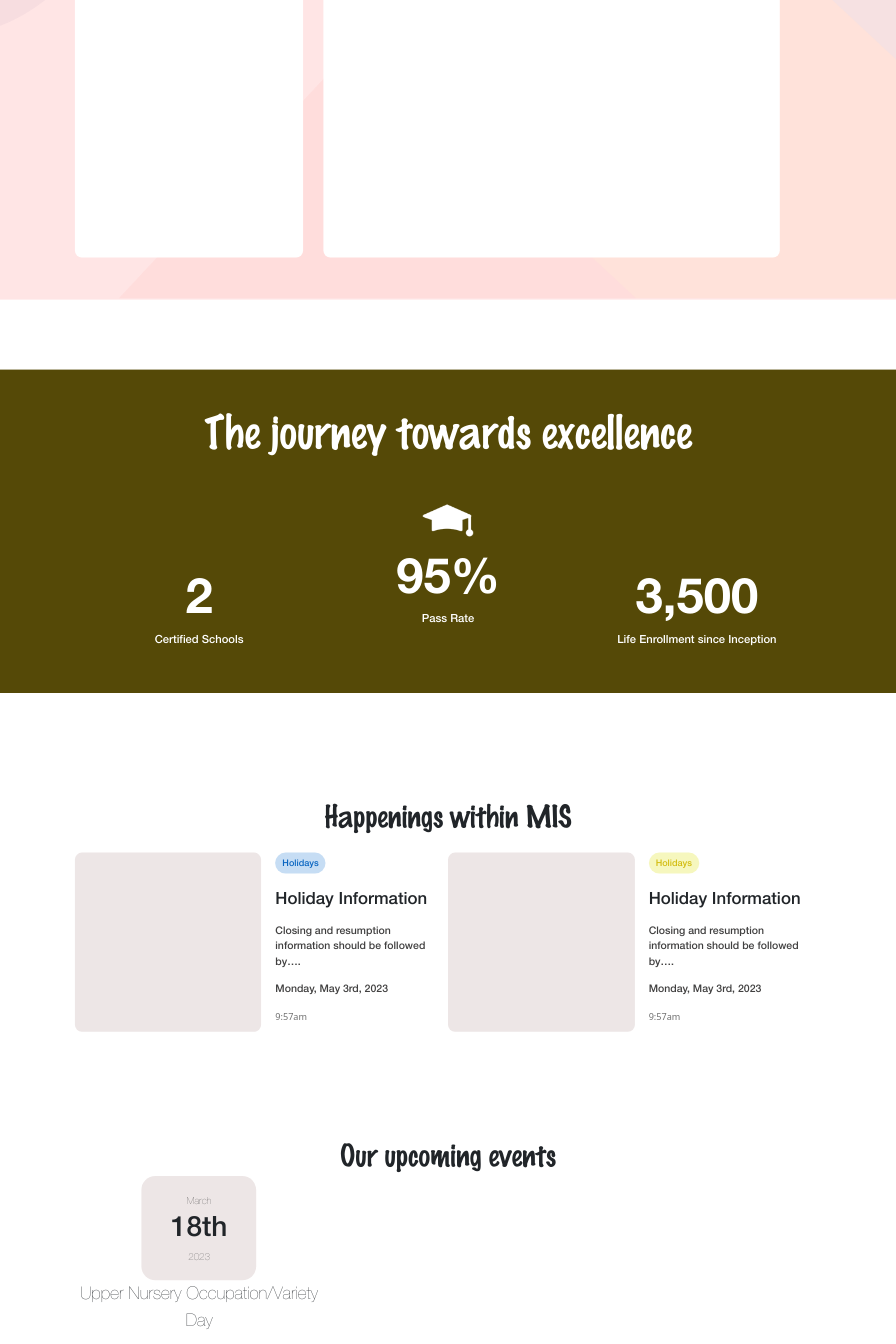
Repository: sarahnnanyelugo/MIGS
Page: /
These files come from the project's save history. The page is drawn as it stood at one moment and after the next save; the edit follows.
The browser window is 1280 px wide. The pictures show the part of the page from y = 3530 to 5450 px (the page is 5450 px tall), at 70% of full size.
The project was rebuilt for these pictures with package versions that can differ from the ones it lists, and the page was loaded fresh each time.

Above is the page before, as saved 2023-05-30 14:08:57.

### src/index.js
import React from "react";
import ReactDOM from "react-dom/client";
import "./index.css";
import App from "./App";
import reportWebVitals from "./reportWebVitals";
import "bootstrap/dist/css/bootstrap.min.css";
import { BrowserRouter, Routes, Route, Link, Outlet } from "react-router-dom";
const root = ReactDOM.createRoot(document.getElementById("root"));
root.render(
  <BrowserRouter>
    <App />
  </BrowserRouter>
);

// If you want to start measuring performance in your app, pass a function
// to log results (for example: reportWebVitals(console.log))
// or send to an analytics endpoint. Learn more: https://bit.ly/CRA-vitals
reportWebVitals();

### src/App.js
import logo from "./logo.svg";
import "./App.scss";
import "bootstrap/dist/css/bootstrap.min.css";
import { BrowserRouter, Routes, Route, Link, Outlet } from "react-router-dom";
import Home from "./pages/Home/Home";
import ScrollToTop from "./components/scrollToTop";
import NavBar from "./components/NavBar/NavBar";
function App() {
  return (
    <>
      <ScrollToTop />
      <NavBar />
      <Routes>
        {" "}
        <Route path="/" element={<Home />} />
        {/* <Route path="tech-hub-page" element={<TechHub />} />
        <Route path="team-hire" element={<TeamHire />} />
        <Route path="hire-page" element={<HiringPage />} /> */}
      </Routes>
    </>
  );
}

export default App;

### src/App.scss
@font-face {
  font-family: maker;
  src: url(./assets/fonts/marker-felt/Marker-Felt.ttf);
}
@font-face {
  font-family: helveticaB;
  src: url(./assets/fonts/helvetica/HelveticaNeueBold.ttf);
}
@font-face {
  font-family: helveticaM;
  src: url(./assets/fonts/helvetica/HelveticaNeueMedium.ttf);
}
@font-face {
  font-family: helveticaR;
  src: url(./assets/fonts/helvetica/HelveticaNeueRegular.ttf);
}

h1,
h2,
h3,
h4,
h5,
h6 {
  font-family: maker;
}

### src/components/NavBar/NavBar.jsx
import React, { useEffect, useState, useRef } from "react";
import { Link, NavLink } from "react-router-dom";
import "./_navbar.scss";
import { useLocation } from "react-router-dom";
// import Icofont from "react-icofont";
import Logo from "../../assets/images/logo2.png";

function NavBar() {
  return (
    <>
      <div className="nav-container col-md-10 offset-md-1">
        {" "}
        <div className=" col-md-1 tech-logo-div">
          {" "}
          <img className="tech-logo" src={Logo} alt="Scholar" width="60%" />
        </div>
        <ul className="list-inline list-unstyled ">
          <li className="list-inline-item">
            <NavLink className="tech-links cool-link" to={"/"}>
              About
            </NavLink>
          </li>
          <li className="list-inline-item">
            <NavLink className="tech-links cool-link">Admission</NavLink>
          </li>
          <li className="list-inline-item">
            <NavLink className="tech-links cool-link">Academics</NavLink>
          </li>
          <li className="list-inline-item">
            <NavLink className="tech-links cool-link">IEC</NavLink>
          </li>{" "}
          <li className="list-inline-item">
            <NavLink className="tech-links cool-link">E-shop</NavLink>
          </li>
          <li className="list-inline-item">
            <NavLink className="tech-links cool-link">Gallery</NavLink>
          </li>
          <li className="list-inline-item">
            <button className="nav-btn">e-portal</button>
          </li>
        </ul>
      </div>
    </>
  );
}

export default NavBar;

### src/components/AppModal/AppModal.js
import "./_app-modal.scss";

// import ModalImg from "../../assets/read2.png";
// import SampleLogo from "../../assets/wellspring.png";

import React, { useEffect, useRef, useState } from "react";

export const AppModal = () => {
  const [showActive, setShowActive] = useState(false);
  const modalContainer = useRef(null);
  const bodyTag = useRef(null);

  useEffect(() => {
    setTimeout(() => {
      // modalContainer.addClass("two");
      // document.body.addClass("modal-active");
      setShowActive(true);
      // modalContainer.click(function () {
      // setShowActive(false);
      // this.addClass("out");
      // document.body.removeClass("modal-active");
      // });
    }, 2000);
  }, []);
  const setThisShowActive = () => {
    setShowActive(!showActive);
  };
  return (
    <>
      <div
        className={`col-md-2 my-app-modal-container ${
          showActive ? "modal-active" : ""
        }`}
      >
        <div
          ref={modalContainer}
          className={`col-md-12 ${showActive ? "two" : ""}`}
          id="modal-container"
        >
          <div className="modal-background col-md-12">
            <button onClick={setThisShowActive} className="close-btn">
              {/* <i class="icofont-close">x</i> */}X
            </button>

            <div className="modal col-md-10">
              <div className="col-md-12 ">
                <h2>Admission in progress</h2>
                <p>
                  Admission is currently on into Creche, Pre-school, Primary and
                  Secondary classes.
                </p>
                <buttton className="app-btn col-md-12">Apply Now</buttton>
              </div>{" "}
            </div>
          </div>
        </div>
      </div>
    </>
  );
};

### src/pages/Home/home.scss
@import "../../variables";
@import "../../shared-styles";
.landing-img {
  position: relative;
  text-align: left;
  color: #fff;
  height: 800px;
  background-color: grey;
}
.centered {
  position: absolute;
  top: 50%;
  left: 20%;

  transform: translate(-50%, -50%);
  h1 {
    font-size: 114px !important;
  }
}
.welcome-header {
  color: #707070;

  h1 {
    font-size: 60px;
  }
}
.welcome-paragraph {
  p {
    color: #707070;
    font-family: helveticaM;
  }
}
.welcome-div {
  height: 800px;
  background: url("../../assets/images/curly.png");
  background-size: contain;
  background-repeat: no-repeat;
}
.section-div {
  margin-top: -280px;

  h1 {
    font-size: 60px;
    color: #707070;
  }
}
.sections-container {
  position: relative;
  text-align: center;
  margin-bottom: 50px;
  border-radius: 10px;
  height: 358px;
}
.bottom-left {
  position: absolute;
  bottom: 8px;
  left: 16px;
}
.early-years {
  background: #ff5252;
  color: #fff;
}
.primary {
  background: #f2e15f;
  color: #000;
}
.special {
  background: #838383;
  color: #fff;
}
.junior {
  background: #2ebbef;
  color: #fff;
}
.senior {
  background: #30eaa9;
  color: #000;
}
.birthright-div {
  background: url("../../assets/images/pink-bg.png");
  background-size: cover;
  background-repeat: no-repeat;
  padding: 60px 0;
  margin: 100px 0;
  h1 {
    margin-bottom: 20px;
  }
  span {
    color: $red;
    font-size: 60px;
  }
  color: #707070;
  p {
    font-family: helveticaM;
    margin-bottom: 100px;
  }
  .img-div {
    height: 487px;
    border-radius: 10px;
    background: #fff;
  }
}
.stats-div {
  background: #554907;
  padding: 50px 0;
  h1 {
    color: #fff;
    font-size: 60px;
    // margin-bottom: 40px;
  }
  .stats {
    h1 {
      color: #fff;
      font-size: 70px;
      font-family: helveticaB;
    }
    p {
      color: #fff;
      font-family: helveticaM;
    }
  }
}
.news-div {
  margin-bottom: 50px;
  .img-div2 {
    background: #ede6e6;
    border-radius: 10px;
    height: 256px;
  }
  .news-details {
    padding: 0 0 0 20px;
    h4 {
      font-family: helveticaM;
      margin: 20px 0;
    }
    button {
      border: none;
      width: 72px;
      height: 30px;
      font-size: 13px;
      font-family: helveticaM;
      border-radius: 35px;
    }
    p {
      font-family: helveticaM;
      color: #414040;
      font-size: 15px;
    }
    small {
      font-size: 13px;
      color: #707070;
    }
    .holidays {
      background: #c6ddf4;
      color: #0b66c1;
    }
    .events {
      background: #f6f7be;
      color: #d3bd13;
    }
  }
}
.events-container {
  height: 149px;
  background: #ede6e6;
  width: 164px;
  border-radius: 20px;
  padding-top: 22px;
  h1 {
    font-family: helveticaM;
  }
  small {
    font-family: helveticaR;
    color: #414040;
  }
}
.upcoming-div {
  p {
    font-family: helveticaR;
    font-size: 25px;
  }
}

### src/pages/Home/Events.js
import React from "react";

function Events({ day, year, month }) {
  return (
    <div className="events-container">
      <center>
        <small>{month}</small>
        <h1>{day}</h1>
        <small>{year}</small>
      </center>
    </div>
  );
}

export default Events;

### src/components/NavBar/_navbar.scss
@import "../../variables";
@import "../../shared-styles";

.nav-container {
  display: flex;
  padding-top: 20px;
  position: relative;
  z-index: 2 !important;
  padding-bottom: 0;
  height: 90px;
  background-color: #fff !important;
  ul li {
    margin-top: 0px !important;
  }
  .nav-btn {
    @include app-btn;
    padding: 8px 40px;
    // margin-top: 0 !important;
    border: none;
  }
  .tech-logo-div {
    flex-grow: 1 !important;
    margin-top: -10px;
  }
  .tech-links {
    color: #000;
    text-decoration: none;
    font-family: helveticaM;
    margin: 0px 28px !important;
    &:hover {
      color: $red;
    }
  }
}

### src/components/AppModal/_app-modal.scss
@import "../../variables";
@import "../../shared-styles";

.my-app-modal-container {
  position: relative;
  z-index: 3000 !important;
  .close-btn {
    right: 39% !important;
    background: grey !important;
    border-radius: 100%;
    position: relative;
    float: right;
    height: 30px !important;
    width: 30px !important;
    font-size: 15px;
    font-weight: bold;
    color: #fff !important;
    margin-top: -25px;

    background: transparent;
    border: none;
    z-index: 4000;
    &:hover {
      color: $lightblue !important;
    }
    @media screen and (max-width: 620px) {
      right: 5% !important;
      margin-top: 20px;
    }
  }
  * {
    box-sizing: border-box;
  }

  html,
  body,
  .my-app-modal-container {
    min-height: 100%;
    height: 100%;

    &.modal-active {
      overflow: hidden;
    }
  }

  #modal-container {
    position: fixed;
    display: table;
    height: 100%;
    width: 100%;
    top: 0;
    left: 0;
    transform: scale(0);
    z-index: 1;

    &.two {
      transform: scale(1);
      .modal-background {
        background: rgba(0, 0, 0, 0);
        animation: fadeIn 0.5s cubic-bezier(0.165, 0.84, 0.44, 1) forwards;
        .modal {
          opacity: 0;
          animation: scaleUp 1s cubic-bezier(0.165, 0.84, 0.44, 1) forwards;
          background: #fff !important;
          border-radius: 10px;
          width: 25%;
          height: 70%;
          top: 0px;
          padding: 20px;
          @media screen and (max-width: 620px) {
            height: fit-content;
            width: 90%;
            top: 70px;
          }
          color: black;

          p {
            text-align: center !important;
            font-family: helveticaM;
            font-size: 14px;
          }
          h2 {
            font-family: helveticaB;
          }
        }
      }
      + .content {
        animation: scaleBack 0.5s cubic-bezier(0.165, 0.84, 0.44, 1) forwards;
      }
      &.out {
        animation: quickScaleDown 0s 0.5s linear forwards;
        .modal-background {
          animation: fadeOut 0.5s cubic-bezier(0.165, 0.84, 0.44, 1) forwards;
          .modal {
            animation: scaleDown 0.5s cubic-bezier(0.165, 0.84, 0.44, 1)
              forwards;
          }
        }
        + .content {
          animation: scaleForward 0.5s cubic-bezier(0.165, 0.84, 0.44, 1)
            forwards;
        }
      }
    }

    .modal-background {
      display: table-cell;
      background: rgba(0, 0, 0, 0.6);
      text-align: center;
      vertical-align: middle;
      .modal {
        background: white;
        padding: 30px 0;
        display: inline-block;
        position: relative;

        .modal-svg {
          position: absolute;
          top: 0;
          left: 0;
          height: 100%;
          width: 100%;
          border-radius: 3px;
          rect {
            stroke: #fff;
            stroke-width: 2px;
            stroke-dasharray: 778;
            stroke-dashoffset: 778;
          }
        }
      }
    }
  }

  @keyframes unfoldIn {
    0% {
      transform: scaleY(0.005) scaleX(0);
    }
    50% {
      transform: scaleY(0.005) scaleX(1);
    }
    100% {
      transform: scaleY(1) scaleX(1);
    }
  }

  @keyframes unfoldOut {
    0% {
      transform: scaleY(1) scaleX(1);
    }
    50% {
      transform: scaleY(0.005) scaleX(1);
    }
    100% {
      transform: scaleY(0.005) scaleX(0);
    }
  }

  @keyframes zoomIn {
    0% {
      transform: scale(0);
    }
    100% {
      transform: scale(1);
    }
  }

  @keyframes zoomOut {
    0% {
      transform: scale(1);
    }
    100% {
      transform: scale(0);
    }
  }

  @keyframes fadeIn {
    0% {
      background: rgba(0, 0, 0, 0);
    }
    100% {
      background: rgba(0, 0, 0, 0.7);
    }
  }

  @keyframes fadeOut {
    0% {
      background: rgba(0, 0, 0, 0.7);
    }
    100% {
      background: rgba(0, 0, 0, 0);
    }
  }

  @keyframes scaleUp {
    0% {
      transform: scale(0.8) translateY(1000px);
      opacity: 0;
    }
    100% {
      transform: scale(1) translateY(0px);
      opacity: 1;
    }
  }

  @keyframes scaleDown {
    0% {
      transform: scale(1) translateY(0px);
      opacity: 1;
    }
    100% {
      transform: scale(0.8) translateY(1000px);
      opacity: 0;
    }
  }

  @keyframes scaleBack {
    0% {
      transform: scale(1);
    }
    100% {
      transform: scale(0.85);
    }
  }

  @keyframes scaleForward {
    0% {
      transform: scale(0.85);
    }
    100% {
      transform: scale(1);
    }
  }

  @keyframes quickScaleDown {
    0% {
      transform: scale(1);
    }
    99.9% {
      transform: scale(1);
    }
    100% {
      transform: scale(0);
    }
  }

  @keyframes slideUpLarge {
    0% {
      transform: translateY(0%);
    }
    100% {
      transform: translateY(-100%);
    }
  }

  @keyframes slideDownLarge {
    0% {
      transform: translateY(-100%);
    }
    100% {
      transform: translateY(0%);
    }
  }

  @keyframes moveUp {
    0% {
      transform: translateY(150px);
    }
    100% {
      transform: translateY(0);
    }
  }

  @keyframes moveDown {
    0% {
      transform: translateY(0px);
    }
    100% {
      transform: translateY(150px);
    }
  }

  @keyframes blowUpContent {
    0% {
      transform: scale(1);
      opacity: 1;
    }
    99.9% {
      transform: scale(2);
      opacity: 0;
    }
    100% {
      transform: scale(0);
    }
  }

  @keyframes blowUpContentTwo {
    0% {
      transform: scale(2);
      opacity: 0;
    }
    100% {
      transform: scale(1);
      opacity: 1;
    }
  }

  @keyframes blowUpModal {
    0% {
      transform: scale(0);
    }
    100% {
      transform: scale(1);
    }
  }

  @keyframes blowUpModalTwo {
    0% {
      transform: scale(1);
      opacity: 1;
    }
    100% {
      transform: scale(0);
      opacity: 0;
    }
  }

  @keyframes roadRunnerIn {
    0% {
      transform: translateX(-1500px) skewX(30deg) scaleX(1.3);
    }
    70% {
      transform: translateX(30px) skewX(0deg) scaleX(0.9);
    }
    100% {
      transform: translateX(0px) skewX(0deg) scaleX(1);
    }
  }

  @keyframes roadRunnerOut {
    0% {
      transform: translateX(0px) skewX(0deg) scaleX(1);
    }
    30% {
      transform: translateX(-30px) skewX(-5deg) scaleX(0.9);
    }
    100% {
      transform: translateX(1500px) skewX(30deg) scaleX(1.3);
    }
  }

  @keyframes sketchIn {
    0% {
      stroke-dashoffset: 778;
    }
    100% {
      stroke-dashoffset: 0;
    }
  }

  @keyframes sketchOut {
    0% {
      stroke-dashoffset: 0;
    }
    100% {
      stroke-dashoffset: 778;
    }
  }

  @keyframes modalFadeIn {
    0% {
      background-color: transparent;
    }
    100% {
      background-color: white;
    }
  }

  @keyframes modalFadeOut {
    0% {
      background-color: white;
    }
    100% {
      background-color: transparent;
    }
  }

  @keyframes modalContentFadeIn {
    0% {
      opacity: 0;
      top: -20px;
    }
    100% {
      opacity: 1;
      top: 0;
    }
  }

  @keyframes modalContentFadeOut {
    0% {
      opacity: 1;
      top: 0px;
    }
    100% {
      opacity: 0;
      top: -20px;
    }
  }

  @keyframes bondJamesBond {
    0% {
      transform: translateX(1000px);
    }
    80% {
      transform: translateX(0px);
      border-radius: 75px;
      height: 75px;
      width: 75px;
    }
    90% {
      border-radius: 3px;
      height: 182px;
      width: 247px;
    }
    100% {
      border-radius: 3px;
      height: 162px;
      width: 227px;
    }
  }

  @keyframes killShot {
    0% {
      transform: translateY(0) rotate(0deg);
      opacity: 1;
    }
    100% {
      transform: translateY(300px) rotate(45deg);
      opacity: 0;
    }
  }

  @keyframes fadeToRed {
    0% {
      background-color: rgba(black, 0.6);
    }
    100% {
      background-color: rgba(red, 0.8);
    }
  }

  @keyframes slowFade {
    0% {
      opacity: 1;
    }
    99.9% {
      opacity: 0;
      transform: scale(1);
    }
    100% {
      transform: scale(0);
    }
  }
}

### src/_variables.scss
$yellow: rgb(255, 210, 16);
$red: #ff5252;
$skyblue: rgb(83, 180, 242);
$lightblue: rgb(12, 99, 177);
$lightblue2: rgb(12, 88, 160);
$lighterblue: rgb(211, 236, 252);
$deepblue2: rgb(0, 79, 157);
$mainblue: rgb(1, 71, 141);

@mixin app-btn {
  color: #fff;
  border-radius: 35px;
  padding: 8px 130px;
  font-size: 14px;
  background: $red;

  font-family: helveticaM;
  &:hover {
    background: #c90e0e;
    transition: 0.5s ease;
  }
}

### src/_shared-styles.scss
@import "./variables";

@media screen and (max-width: 620px) {
  .flexyM {
    display: flex !important;
  }
  .side-menu {
    display: none !important;
  }
  .page-body {
    padding: 20px;
  }

  .dn {
    display: none;
  }
  .holder img {
    height: 200px;
    margin-top: 40px !important;
  }
  .overlay {
    bottom: -30px !important;
  }
  .m-margin {
    margin-top: 0 !important;
    margin-bottom: 0 !important;
  }
  .navigations {
    display: none;
  }
  .breadcrum {
    margin-top: 350px !important;
  }
}
@media screen and (min-width: 620px) {
  .flexy {
    display: flex;
  }
  .spread {
    display: flex;
  }
  // {
  //   display:none;
  // }
}

/* Container needed to position the overlay. Adjust the width as needed */
.holder {
  position: relative;
  width: 100%;
}

.side-nav2 {
  @media screen and (max-width: 620px) {
    padding: 0 10px 0;
  }
}
.br {
  border-radius: 10px;
}
.mt1 {
  margin-top: 10px;
}
.mt2 {
  margin-top: 20px;
}
.mt3 {
  margin-top: 30px;
}
.mt4 {
  margin-top: 40px;
}
.mt5 {
  margin-top: 50px;
}
.mt6 {
  margin-top: 60px;
}
.mt7 {
  margin-top: 70px;
}
.mt8 {
  margin-top: 80px;
}
.mt9 {
  margin-top: 90px;
}
.mt {
  margin-top: 120px;
}
.mtt {
  margin-top: 150px;
}
.mr1 {
  margin-right: 10px;
}
.mr2 {
  margin-right: 20px;
}
.mr3 {
  margin-right: 30px;
}
.mr4 {
  margin-right: 40px;
}
.mr5 {
  margin-right: 50px;
}
.mr6 {
  margin-right: 60px;
}
.mr7 {
  margin-right: 70px;
}
.mb1 {
  margin-bottom: 10px;
}
.mb2 {
  margin-bottom: 20px;
}
.mb3 {
  margin-bottom: 30px;
}
.mb4 {
  margin-bottom: 40px;
}
.mb5 {
  margin-bottom: 50px;
}
.mb6 {
  margin-bottom: 60px;
}
.ml2 {
  margin-left: 20px;
}
.ml3 {
  margin-left: 30px;
}
.ml4 {
  margin-left: 40px;
}
.ml5 {
  margin-left: 50px;
}
.ml6 {
  margin-left: 60px;
}

.app-btn {
  @include app-btn;
  width: 100% !important;
}
.tac {
  text-align: center;
}
.normal-link {
  font-family: helveticaM;
  color: black !important;
  text-decoration: none;
}

Loaded but not shown: public/index.html (common file); src/index.css (common file); src/reportWebVitals.js (common file); src/components/scrollToTop.js (common file); src/pages/Home/Home.js (302 lines, source omitted)

After the next save:
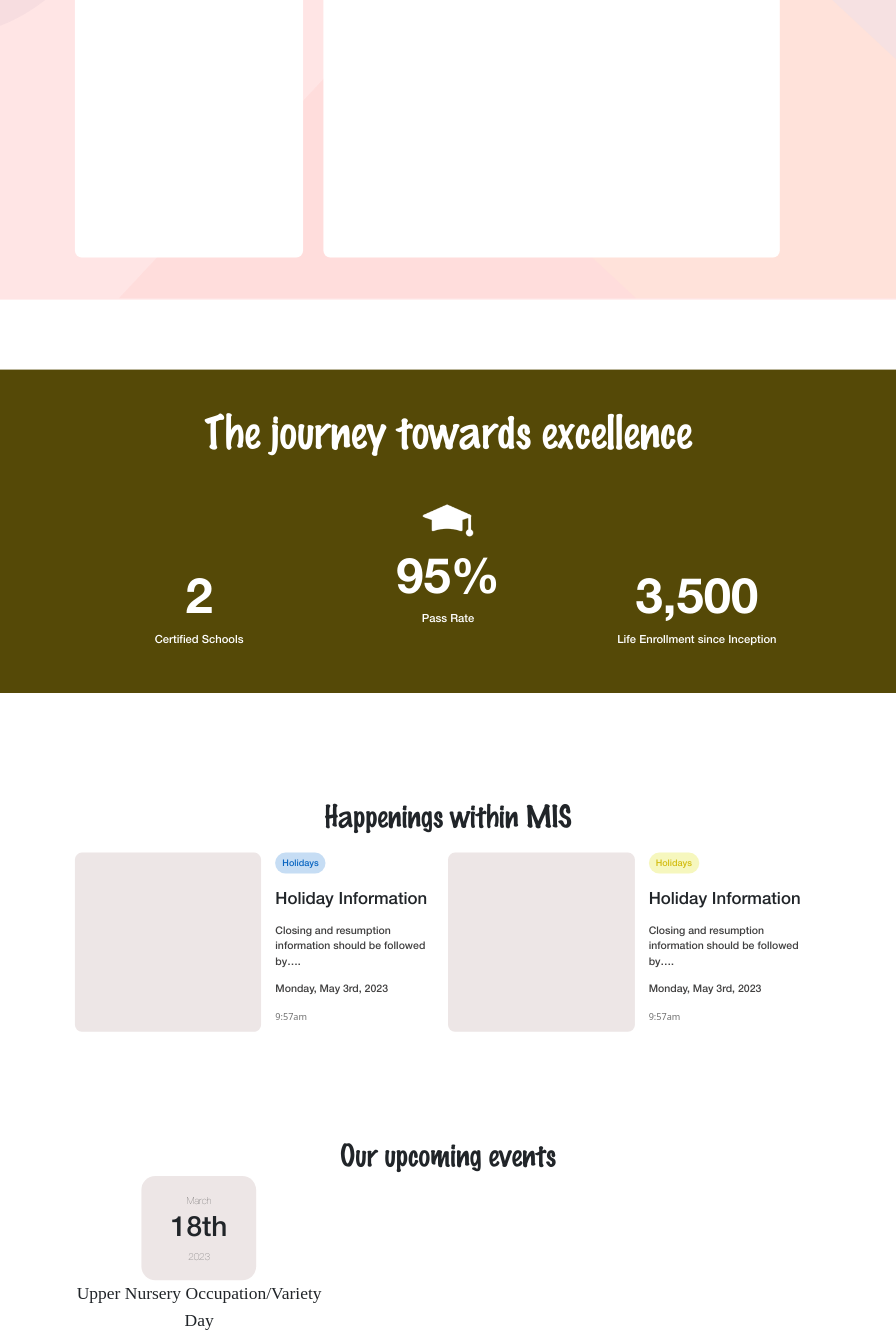
Saved 39 s later.
--- a/src/pages/Home/home.scss
+++ b/src/pages/Home/home.scss
@@ -176,7 +176,7 @@
 }
 .upcoming-div {
   p {
-    font-family: helveticaR;
+    font-family: helveticaMS;
     font-size: 25px;
   }
 }
